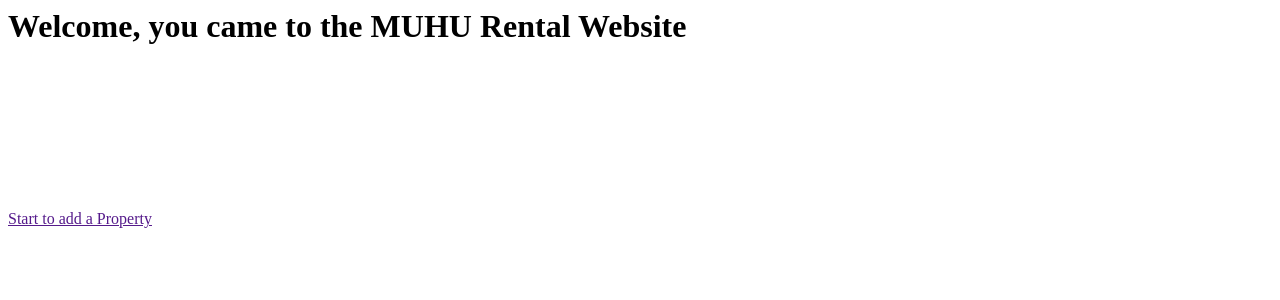
Repository: nds91400/spring-2023-cis2625-serverless
Page: muhu-rental/index.html
The author's editor kept a record of every edit. The page is drawn from the files as they stood at one moment, then again after the next edit.
The browser window is 1280 px wide. The pictures show the whole page.

Above is the page before.

### muhu-rental/index.html
<body>
    <h1>Welcome, you came to the MUHU Rental Website</h1></br>
    </br>
    </br>
    </br>
    </br>
    </br>
    </br>
    </br>
    <a href="">Start to add a Property</a>
</body>

After the next edit:
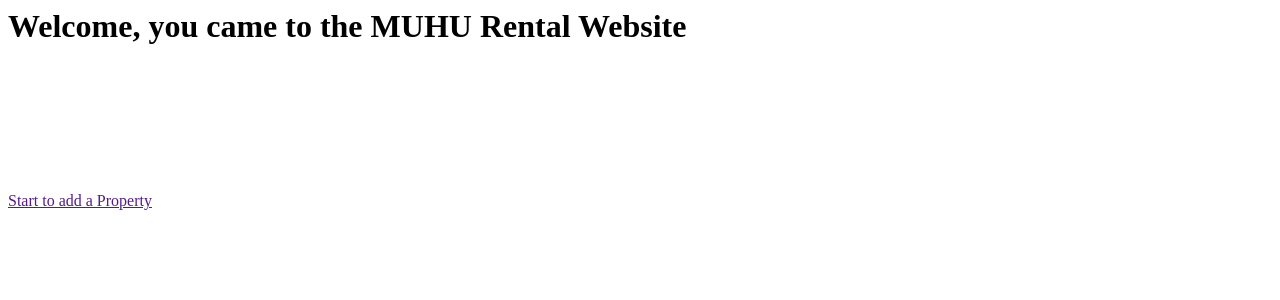
The edit:
--- a/muhu-rental/index.html
+++ b/muhu-rental/index.html
@@ -1,5 +1,5 @@
 <body>
-    <h1>Welcome, you came to the MUHU Rental Website</h1></br>
+    <h1>Welcome, you came to the MUHU Rental Website</h1>
     </br>
     </br>
     </br>
